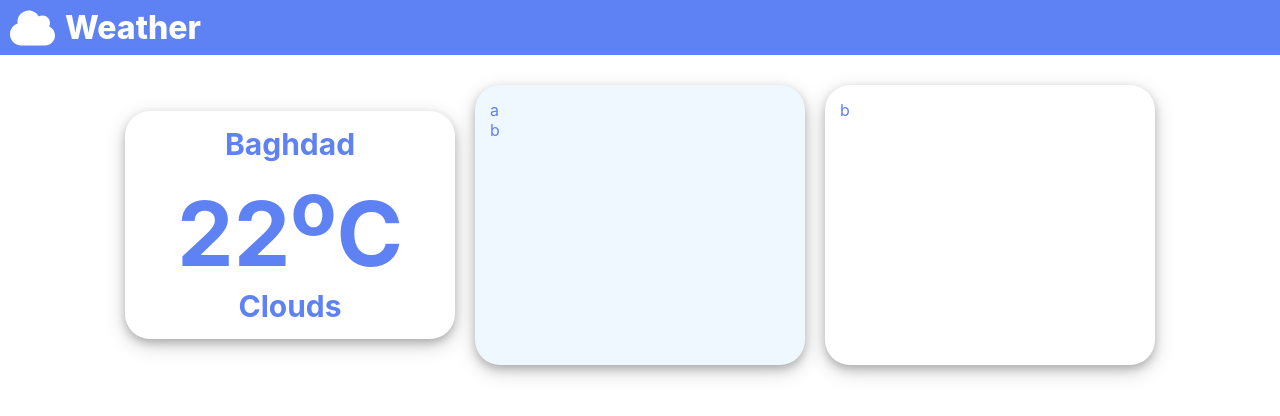
Repository: ahmedazawi/weather-app
Page: /
These files come from the project's save history. The page is drawn as it stood at one moment and after the next save; the edit follows.
The browser window is 1280 px wide. The pictures show the whole page.
The project was rebuilt for these pictures with package versions that can differ from the ones it lists, and the page was loaded fresh each time.

Above is the page before, as saved 2022-11-29 21:37:03.

After the next save:
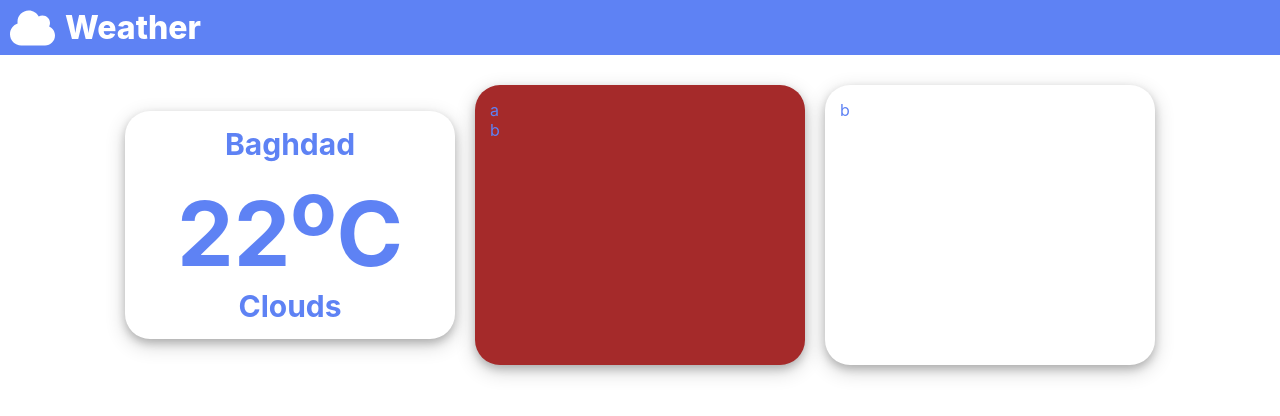
Saved 5 s later.
--- a/src/assets/css/details.css
+++ b/src/assets/css/details.css
@@ -35,5 +35,5 @@
   font-weight: bold;
 }
 .big-cards > div:nth-child(2) {
-  background-color: aliceblue;
+  background-color: brown;
 }
